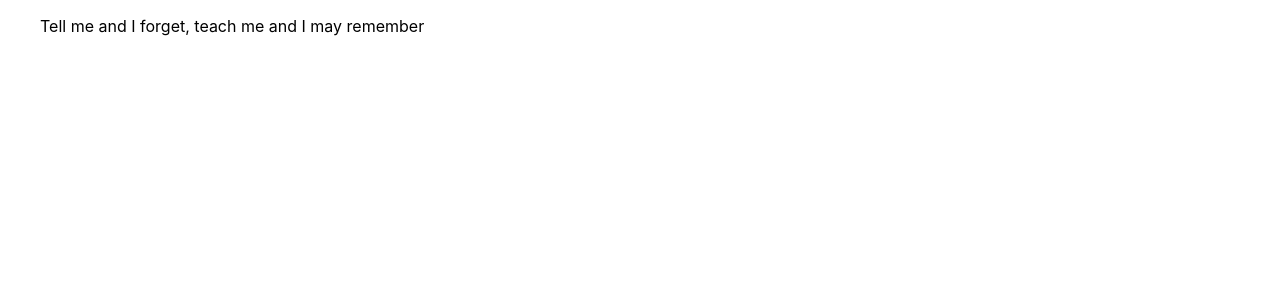
Repository: janidulnkg1/react-prac
Page: / (app in keeptrack/)
An editor plug-in stored every save of this project. The page is shown before and after a run of saves, followed by the edit.
The browser window is 1280 px wide. The pictures show the whole page.
The project was rebuilt for these pictures with package versions that can differ from the ones it lists, and the page was loaded fresh each time. Also part of the build but not shown: keeptrack/src/App.css.

Above is the page before, as saved 2023-09-18 11:08:45.

### keeptrack/src/App.tsx
import React from 'react';

import './App.css';

function App() {
  return (
    <blockquote cite="Benjamin Franklin">
        Tell me and I forget, teach me and I may remember
    </blockquote>
  );
}

export default App;

Loaded but not shown: keeptrack/public/index.html (common file); keeptrack/src/index.tsx (common file); keeptrack/src/index.css (common file); keeptrack/src/reportWebVitals.ts (common file)

After the next 2 saves:
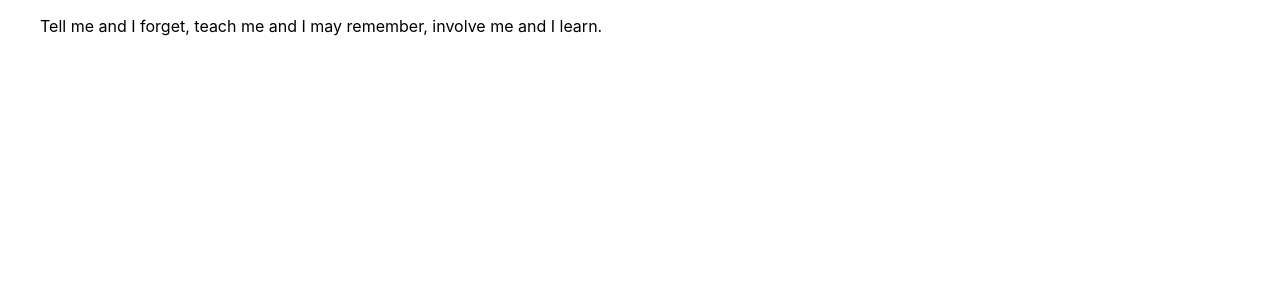
The 2 saves are shown as one change because they came seconds apart.
The last was saved 11 s later.
--- a/keeptrack/src/App.tsx
+++ b/keeptrack/src/App.tsx
@@ -5,7 +5,7 @@ import './App.css';
 function App() {
   return (
     <blockquote cite="Benjamin Franklin">
-        Tell me and I forget, teach me and I may remember
+        Tell me and I forget, teach me and I may remember, involve me and I learn.
     </blockquote>
   );
 }
